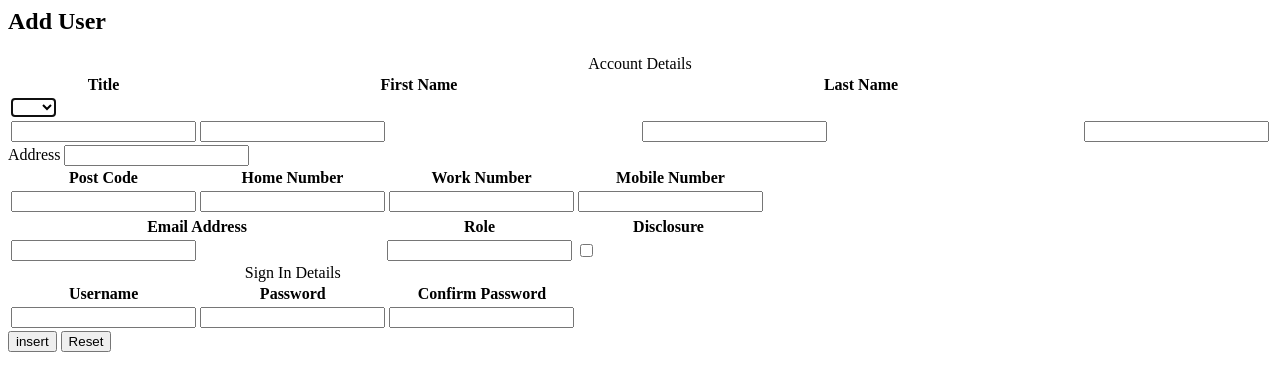
Repository: almastrutt/obanshire-cub-scouts
Page: http://localhost/includes/new_user.php
The author's editor kept a record of every edit. The page is drawn from the files as they stood at one moment, then again after the next edit.
The browser window is 1280 px wide. The pictures show the whole page.
The page is run by PHP 8.4 with error messages shown; the project is at /var/www/html/.

Above is the page before.

After the next edit:
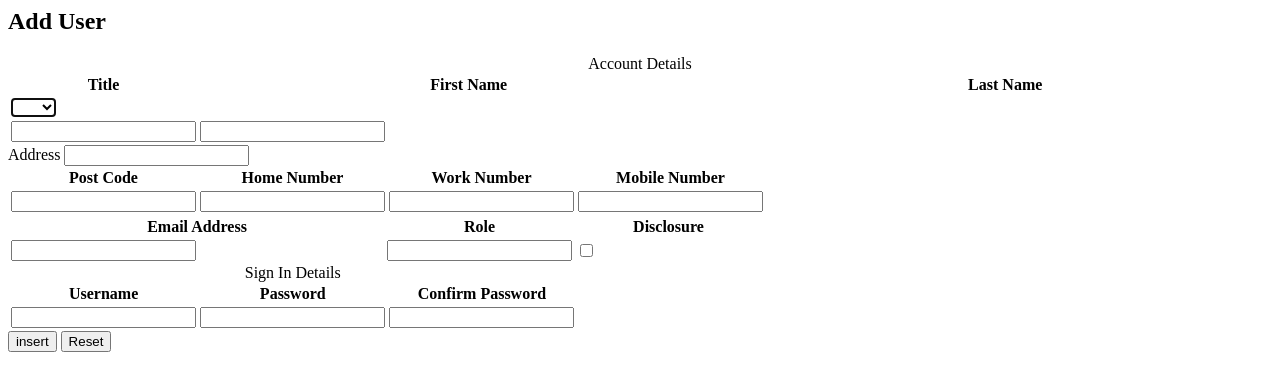
The edit:
--- a/includes/new_user.php
+++ b/includes/new_user.php
@@ -21,10 +21,8 @@
                         <option value="Mrs">Mrs</option>
             <tbody>
                 <tr>
-                    <td><input type="text" name="pcode" required="required" maxlength="10"/></td>
-                    <td><input type="tel" name="hometel" maxlength="15"/></td>
-                    <td><input type="tel" name="worktel" maxlength="15"/></td>
-                    <td><input type="tel" name="mobile" maxlength="15"/></td>
+                    <td><input type="text" name="fname" required="required" maxlength="10"/></td>
+                    <td><input type="text" name="lname" maxlength="15"/></td>
                 </tr>
             </tbody>
 
